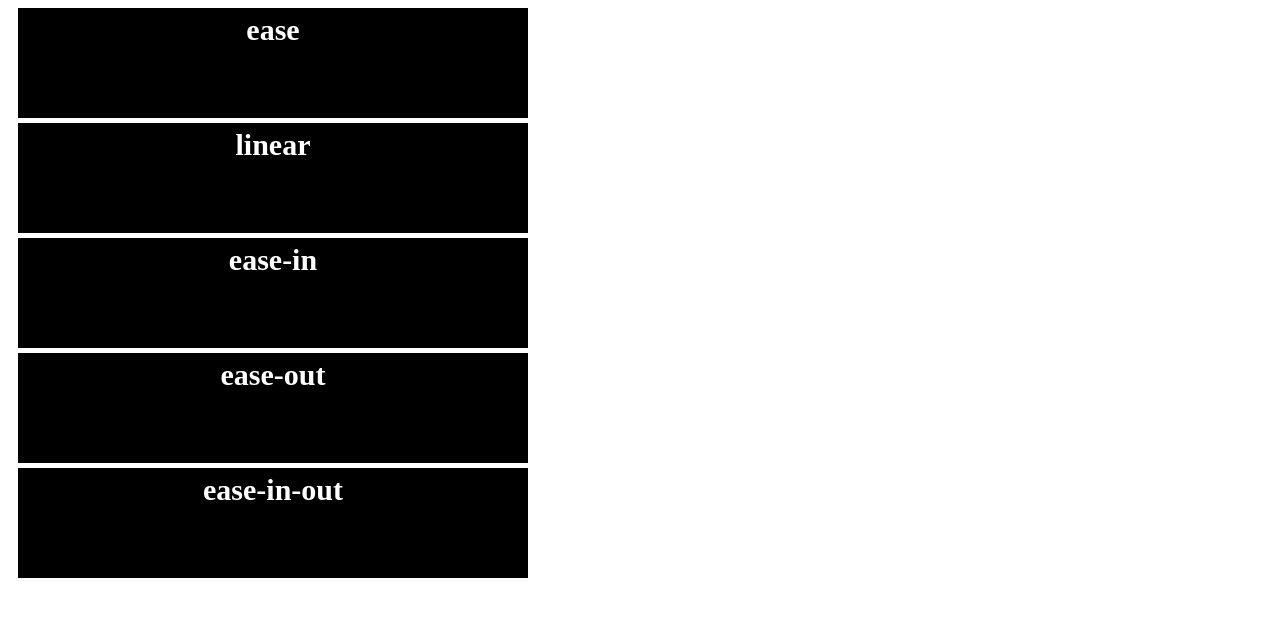
Repository: hojohe/bit-java
Page: 07_css/WebContent/12_transition/05_translate.htm
These files come from the project's save history. The page is drawn as it stood at one moment and after a run of saves; the edit follows.
The browser window is 1280 px wide. The pictures show the whole page.
The pointer rests on the first visible `#outer`.

Above is the page before, as saved 2017-01-25 00:33:19.

After the next 2 saves:
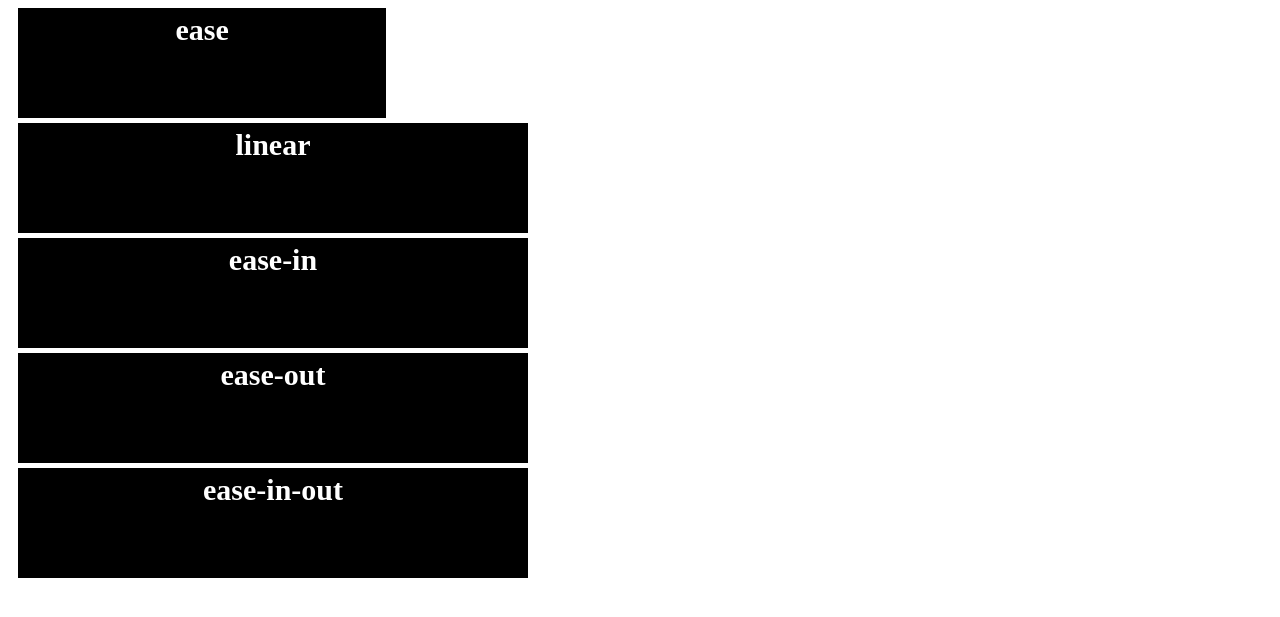
The 2 saves are shown as one change because they came seconds apart.
The last was saved 6 s later.
--- a/07_css/WebContent/12_transition/05_translate.htm
+++ b/07_css/WebContent/12_transition/05_translate.htm
@@ -18,7 +18,7 @@
 		width: 500px;
 	}
 	#outer:hover > .ease {
-		transition
+		transition: 4s ease;
 	}
 </style>
 </head>
